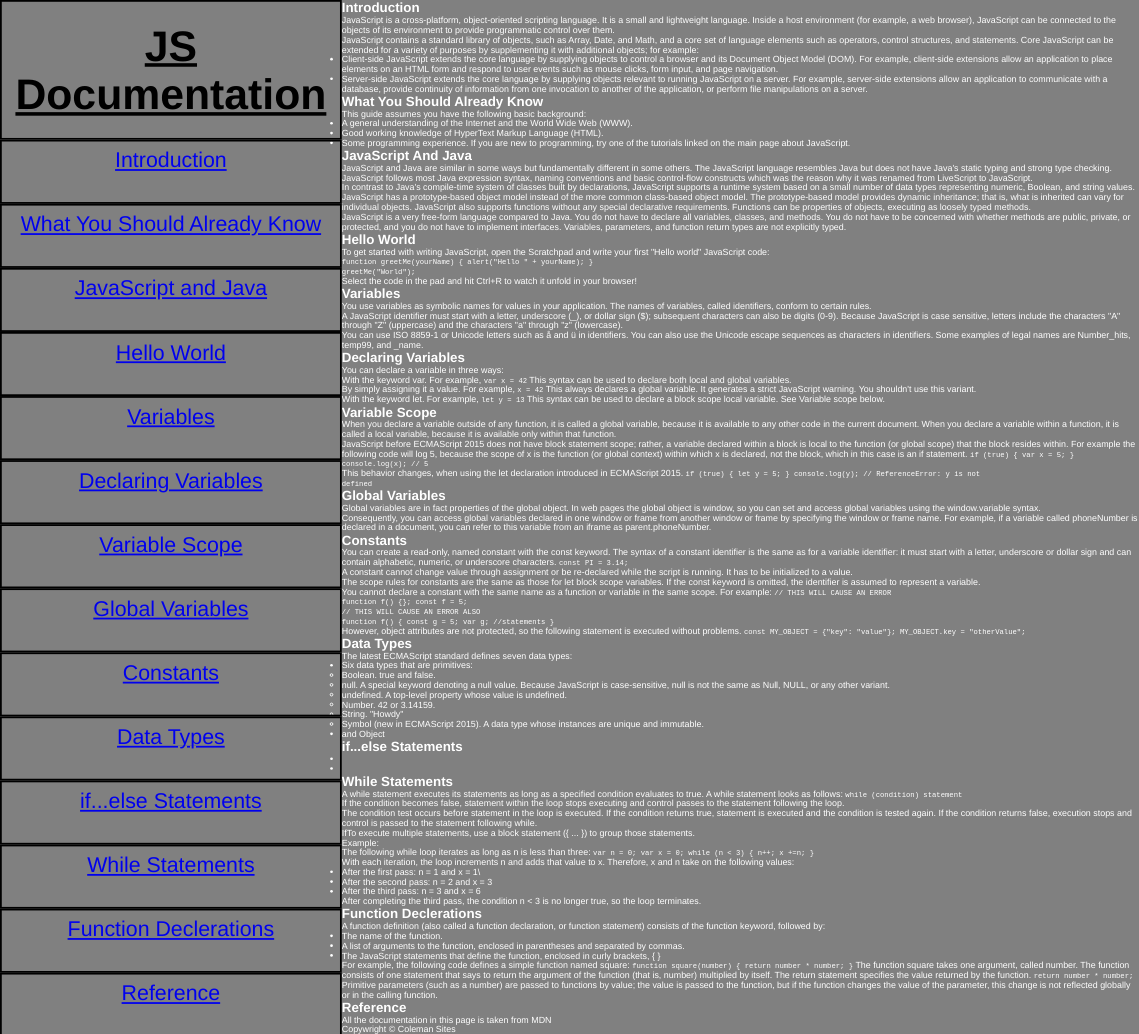
Repository: ctcoleman/technicalDocumentationPage
Page: index.html
The author's editor kept a copy of each file at every save. The page is drawn from the files as they stood at one save, then again after a run of saves.
The browser window is 1280 px wide. The pictures show the whole page, at 89% of full size.

Above is the page before, as saved 2020-07-10 19:55:39.

After the next 3 saves:
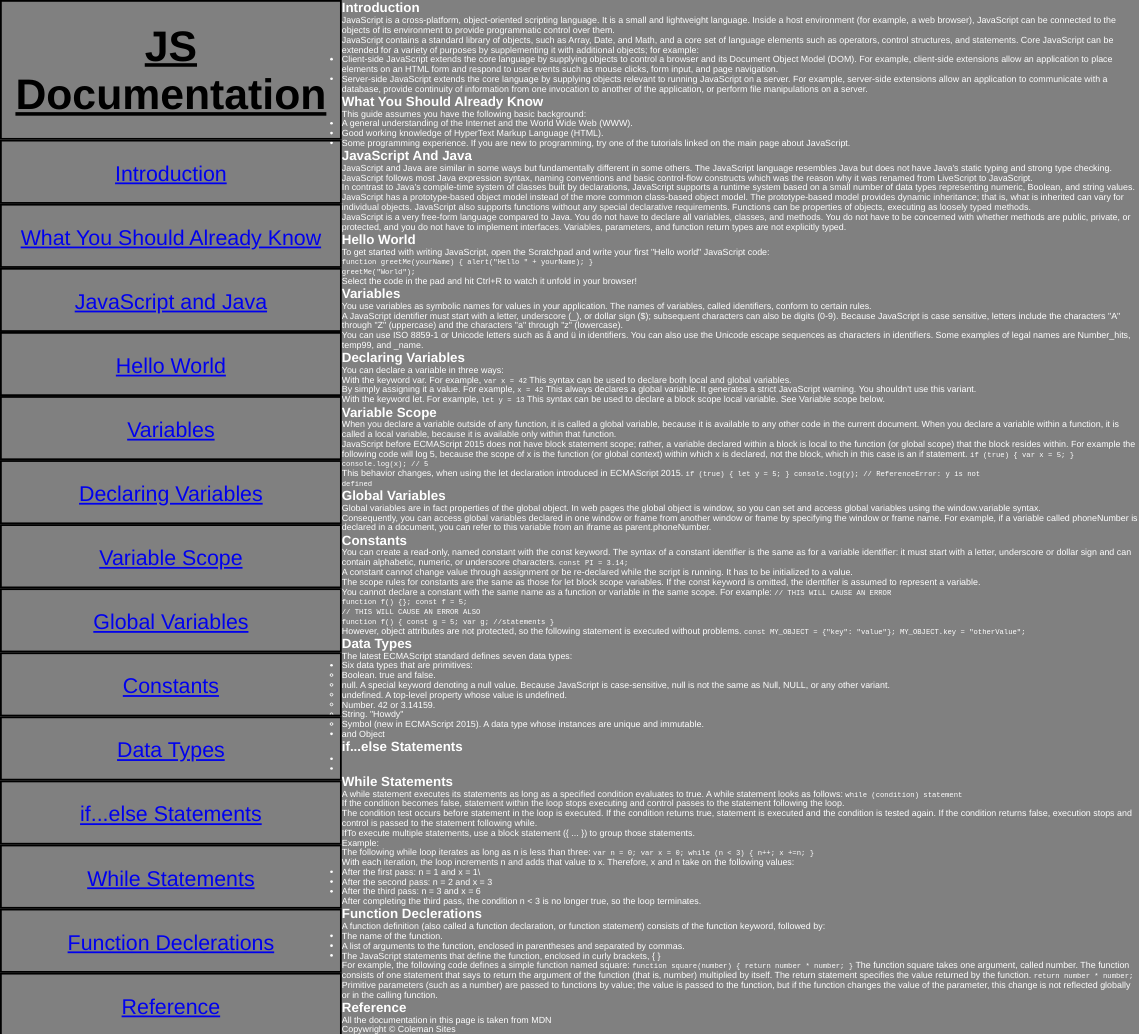
The 3 saves are shown as one change because they came seconds apart.
The last was saved 14 s later.
--- a/assets/stylesheets/style.css
+++ b/assets/stylesheets/style.css
@@ -55,7 +55,7 @@ button {
   display: inline-block;
   width: 30vw;
   height: 10vh;
-  padding: 1vh 1vw;
+  padding: 3vh 1vw;
   border: 2px solid black;
   font-size: 1.5rem;
 }
